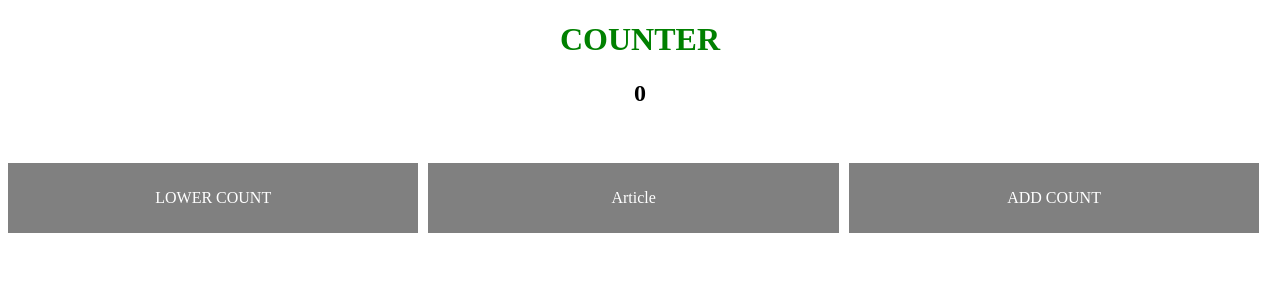
Repository: Seryozha02/Calculator
Page: calculator.html
The author's editor kept a copy of each file at every save. The page is drawn from the files as they stood at one save, then again after the next save.
The browser window is 1280 px wide. The pictures show the whole page.

Above is the page before, as saved 2022-02-14 16:59:27.

### calculator.html
<!DOCTYPE html>
<html lang="en">

<head>
    <meta charset="UTF-8">
    <meta http-equiv="X-UA-Compatible" content="IE=edge">
    <meta name="viewport" content="width=4, initial-scale=1.0">
    <link rel="stylesheet" href="./calculator.css">
    <title>Calculator</title>
</head>

<body>
    <h1>COUNTER</h1>
    <strong><h2>0</h2></strong>
    <br><br>
    <div class="row">
        <div class="column">
            <div class="card">
                <p><i class="fa fa-user"></i></p>
                <p>LOWER COUNT</p>
            </div>
        </div>
        <div class="column">
            <div class="card">
                <p><i class="fa fa-book"></i></p>
                <p>Article</p>
            </div>
        </div>
        <div class="column">
            <div class="card">
                <p><i class="fa fa-smile-o"></i></p>
                <p>ADD COUNT</p>
            </div>
        </div>
    </div>
</body>
<script src="./calculator.js"></script>
</body>

</html>

### calculator.css
h1 {
    color: green;
}
html{
    background-color:;
}

h2{
    height:
}

* {
    box-sizing: border-box;
}

body {
    text-align: center;
}

/* Float columns */
.column {
    float: left;
    width: 33%;
    padding: 0 5px;
}

.row {
    margin: 0 -5px;
}

.row:after {
    content: "";
    display: table;
}

/* Style the cards */
.card {
    padding: 10px;
    text-align: center;
    background-color: gray;
    color: white;
    }

.card:hover {
    transform: scale(1.1);
    background-color: black;
    transition-duration: 2s;
    color: white;
}

.fa {
    font-size: 50px;
}

Loaded but not shown: calculator.js (no copy from this time; the picture is the same without it)

After the next save:
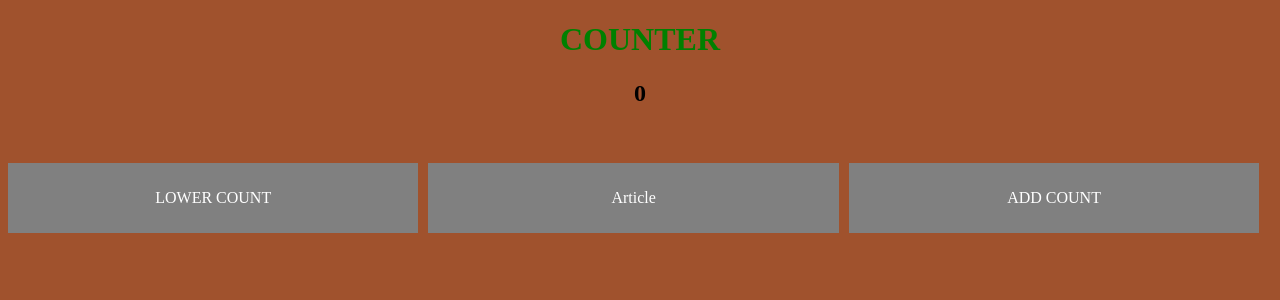
Saved 10 s later.
--- a/calculator.css
+++ b/calculator.css
@@ -2,7 +2,7 @@ h1 {
     color: green;
 }
 html{
-    background-color:;
+    background-color:sienna;
 }
 
 h2{
